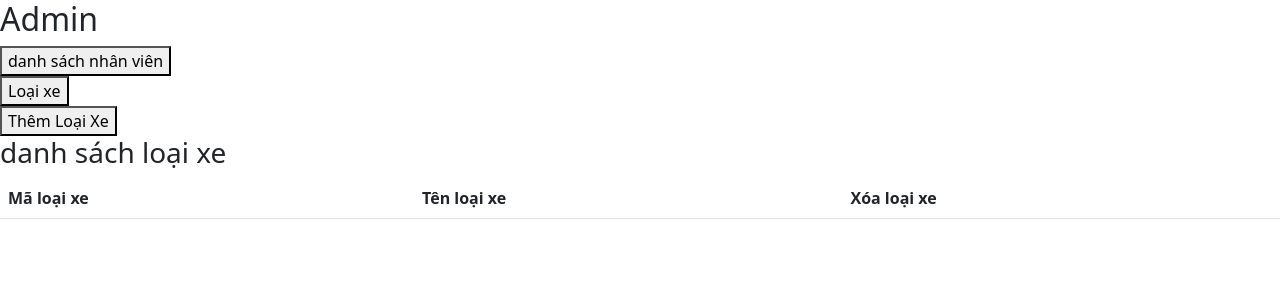
Repository: QuanghuyK1/CNPM
Page: http://localhost/CNPM/WEB-INF/views/LoaiXe/danhsach.jsp
These files come from the project's save history. The page is drawn as it stood at one moment and after the next save; the edit follows.
The browser window is 1280 px wide. The pictures show the whole page.
The page is served by Tomcat 9. Nobody is signed in. The template is opened directly, without the code that normally fills it, so the values that code supplies are empty.

Above is the page before, as saved 2022-04-22 16:39:20.

After the next save:
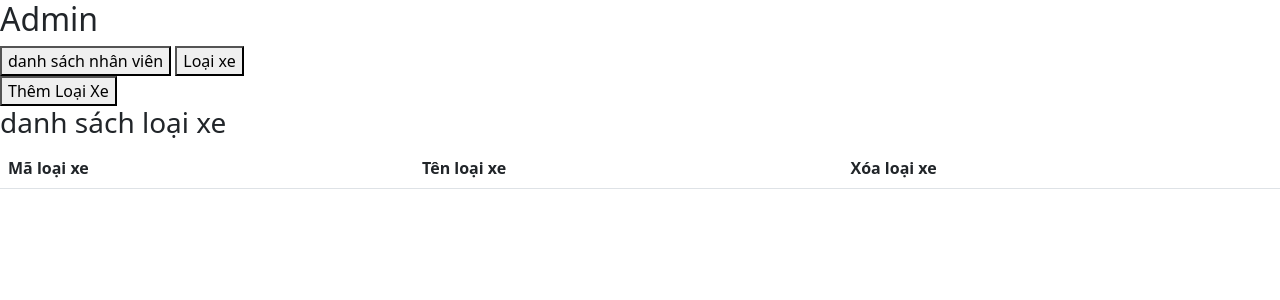
Saved 52 s later.
--- a/CNPM-main/WebXeKhach/CNPM/src/main/webapp/WEB-INF/views/LoaiXe/danhsach.jsp
+++ b/CNPM-main/WebXeKhach/CNPM/src/main/webapp/WEB-INF/views/LoaiXe/danhsach.jsp
@@ -14,8 +14,8 @@
 </head>
 <body>
 	<h2>Admin</h2>
-	<form action = "danhsach.htm"><button>danh sách nhân viên</button></form>
-	<form action = "loaixe.htm"><button>Loại xe</button></form>
+	<a href = "admin/danhsach.htm"><button>danh sách nhân viên</button></a>
+	<a href = "admin/loaixe.htm"><button>Loại xe</button></a>
 	<form action = "loaixe.htm?Insert"><button name = "Insert">Thêm Loại Xe</button></form>
 	<h3>danh sách loại xe</h3>
 	<table class="table">
